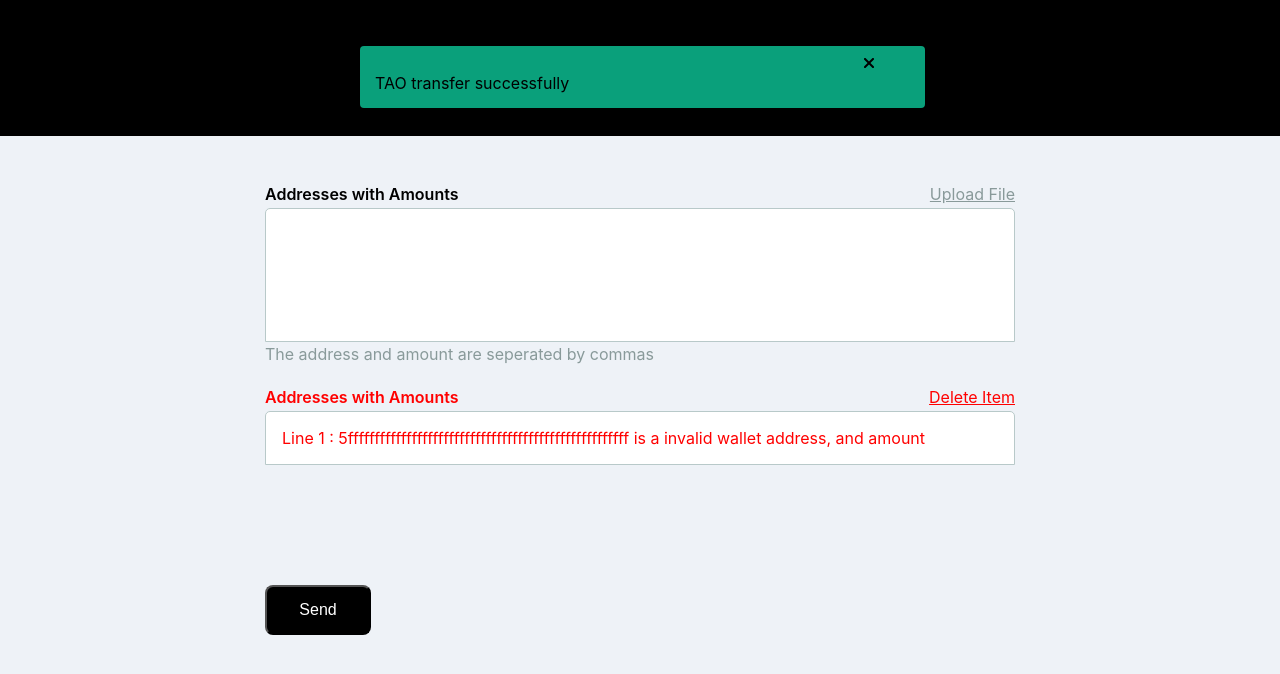
Repository: Dawid-Ace/batch_transfer_tao_master_ui
Page: /
An editor plug-in stored every save of this project. The page is shown before and after the next save, followed by the edit.
The browser window is 1280 px wide. The pictures show the whole page.
The project was rebuilt for these pictures with package versions that can differ from the ones it lists, and the page was loaded fresh each time.

Above is the page before, as saved 2023-05-10 04:54:11.

After the next save:
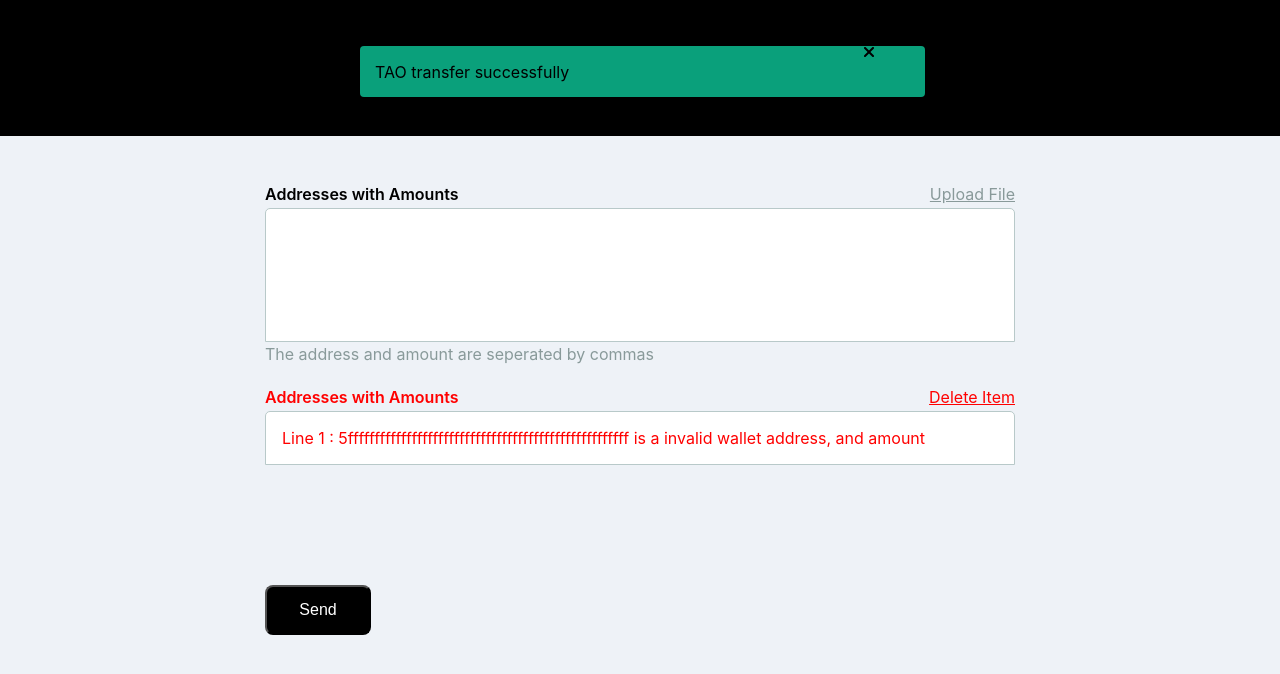
Saved 55 s later.
--- a/src/components/TransferForm/index.jsx
+++ b/src/components/TransferForm/index.jsx
@@ -155,6 +155,7 @@
   const TransferSuccess = styled.div`
     display: flex;
     justify-content: space-between;
+    align-items: 'center'
 
     padding-top: 11px;
     padding-bottom: 11px;

After the save that followed:
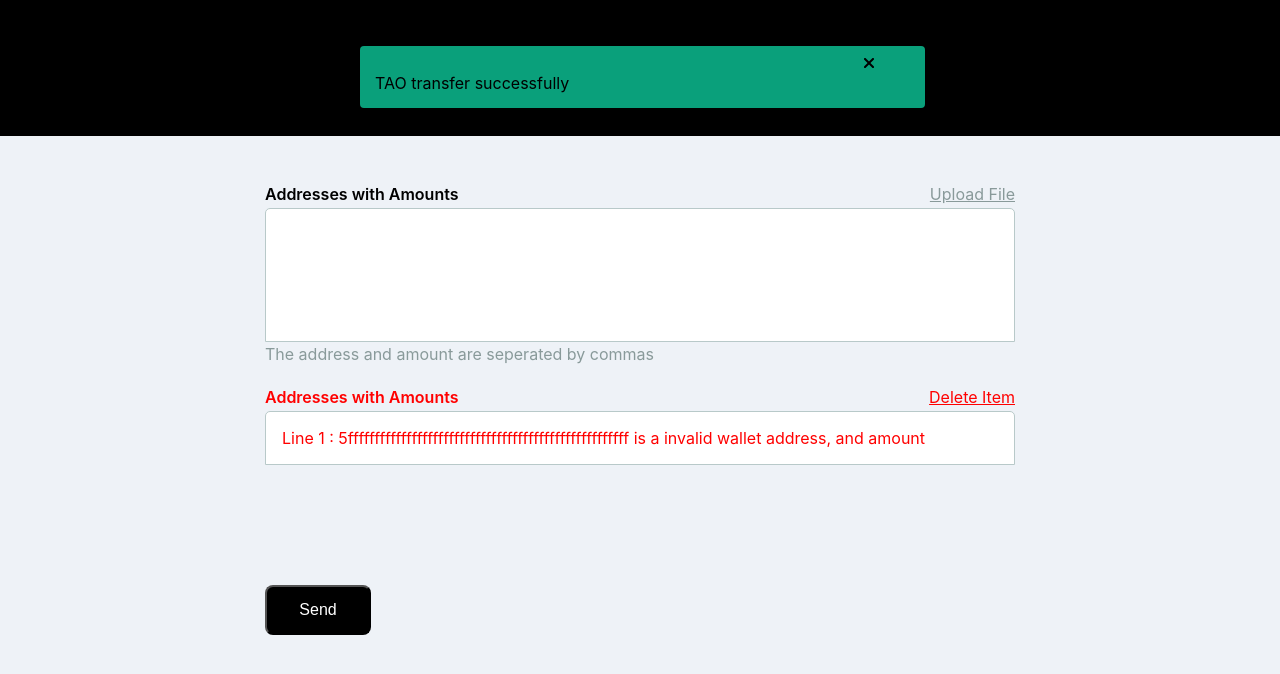
Saved 15 s later.
--- a/src/components/TransferForm/index.jsx
+++ b/src/components/TransferForm/index.jsx
@@ -155,7 +155,7 @@
   const TransferSuccess = styled.div`
     display: flex;
     justify-content: space-between;
-    align-items: 'center'
+    align-items: 'center';
 
     padding-top: 11px;
     padding-bottom: 11px;
